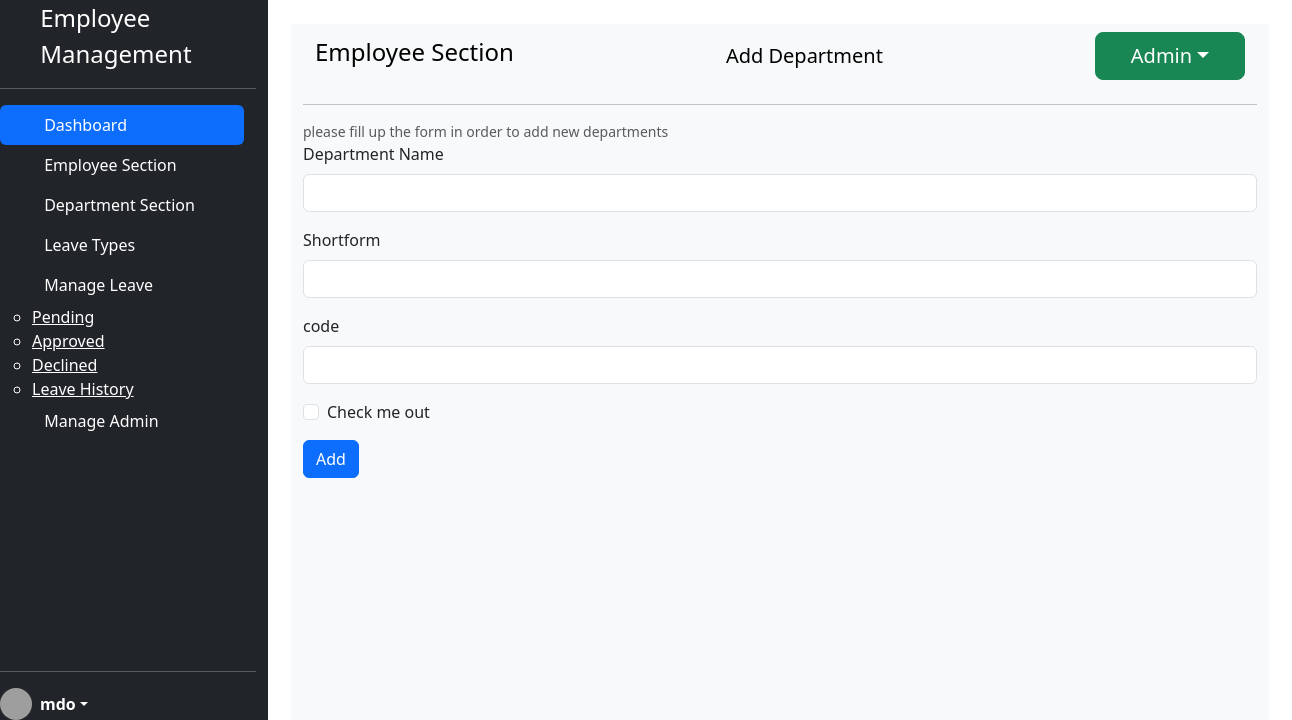
Repository: Ashish4910/Leave-Application-Management
Page: http://localhost/Employee_management/Admin/Add_Departments.jsp
These files come from the project's save history. The page is drawn as it stood at one moment and after the next save; the edit follows.
The browser window is 1280 px wide. The page is 1292 px wide, so the pictures cover 1292 px, including what lies to the right of the window. The pictures show the whole page.
Pictures or frames that could not be fetched are drawn as grey boxes. The page is served by Tomcat 9. Other server files are loaded and not shown.

Above is the page before, as saved 2023-12-04 04:54:04.

### Employee Management Project/Employee_management/src/main/webapp/Admin/Add_Departments.jsp
<!doctype html>
<html lang="en">
<head>
<meta charset="utf-8">
<meta name="viewport" content="width=device-width, initial-scale=1">
<title>Admin Dashboard</title>
<link
	href="https://cdn.jsdelivr.net/npm/bootstrap@5.3.2/dist/css/bootstrap.min.css"
	rel="stylesheet"
	integrity="sha384-T3c6CoIi6uLrA9TneNEoa7RxnatzjcDSCmG1MXxSR1GAsXEV/Dwwykc2MPK8M2HN"
	crossorigin="anonymous">

<style type="text/css">
.full-height-sidebar {
	height: 100vh;
	background-color: #111;
	color: white;
}

.custom-width {
	width: 280px;
}

.btn-wider {
	min-width: 150px; /* Adjust the width as needed */
}
}
</style>
<link rel="stylesheet"
	href="https://cdnjs.cloudflare.com/ajax/libs/font-awesome/6.2.1/css/all.min.css"
	integrity="sha512-MV7K8+y+gLIBoVD59lQIYicR65iaqukzvf/nwasF0nqhPay5w/9lJmVM2hMDcnK1OnMGCdVK+iQrJ7lzPJQd1w=="
	crossorigin="anonymous" referrerpolicy="no-referrer" />
</head>
<body>

	<div class="row">
		<div
			class="d-flex flex-column  text-bg-dark  col-lg-2 full-height-sidebar custom-width ">
			<a href="/"
				class="d-flex align-items-center mb-3 mb-md-0 me-md-auto text-white text-decoration-none">
				<svg class="bi pe-none me-2" width="40" height="32">
				<use xlink:href="#bootstrap"></use></svg> <span class="fs-4">Employee
					Management</span>
			</a>
			<hr>
			<ul class="nav nav-pills flex-column mb-auto container-fluid">
				<li class="nav-item"><a href="Admin_dashboard.jsp"
					class="nav-link active" aria-current="page"> <svg
							class="bi pe-none me-2" width="16" height="16">
						<use xlink:href="#home"></use></svg> Dashboard
				</a></li>
				<li><a href="Employee_Section.jsp" class="nav-link text-white">
						<svg class="bi pe-none me-2" width="16" height="16">
						<use xlink:href="#speedometer2"></use></svg> Employee Section
				</a></li>
				<li><a href="Departments.jsp" class="nav-link text-white">
						<svg class="bi pe-none me-2" width="16" height="16">
						<use xlink:href="#table"></use></svg> Department Section
				</a></li>
				<li><a href="Leave_type.jsp" class="nav-link text-white"> <svg
							class="bi pe-none me-2" width="16" height="16">
						<use xlink:href="#grid"></use></svg> Leave Types
				</a></li>


				<a href="Add_Departments.jsp" class="nav-link text-white"
					data-bs-toggle="dropdown" aria-expanded="false"> <svg
						class="bi pe-none me-2" width="16" height="16">
						<use xlink:href="#grid"></use></svg> Manage Leave
			</a>

				<ul class="">
					<li><a class="text-white" href="#">Pending</a></li>
					<li><a class="text-white" href="#">Approved</a></li>
					<li><a class="text-white" href="#">Declined</a></li>
					<li><a class="text-white" href="#">Leave History</a></li>

				</ul>


				</li>

				<li><a href="Manage_Admin.jsp" class="nav-link text-white">
						<svg class="bi pe-none me-2" width="16" height="16">
						<use xlink:href="#people-circle"></use></svg> Manage Admin
				</a></li>
			</ul>
			<hr>
			<div class="dropdown">
				<a href="#"
					class="d-flex align-items-center text-white text-decoration-none dropdown-toggle"
					data-bs-toggle="dropdown" aria-expanded="false"> <img
					src="https://github.com/mdo.png" alt="" width="32" height="32"
					class="rounded-circle me-2"> <strong>mdo</strong>
				</a>
				<ul class="dropdown-menu dropdown-menu-dark text-small shadow">
					<li><a class="dropdown-item" href="#">New project...</a></li>
					<li><a class="dropdown-item" href="#">Settings</a></li>
					<li><a class="dropdown-item" href="#">Profile</a></li>
					<li><hr class="dropdown-divider"></li>
					<li><a class="dropdown-item" href="#">Sign out</a></li>
				</ul>
			</div>
		</div>




		<!-- ==================================== Second Div Start ===================== -->
		<div class="container col-lg-9 bg-light mt-4">

			<div class="card-body">
				<nav class="navbar navbar-light bg-light">
					<div class="container-fluid">
						<a class="navbar-brand" href="#"><h4>Employee Section</h4></a> <a
							class="navbar-brand" href="#">Add Department</a>
						<!-- <button type="button" class="btn btn-primary"
							style="hight: 200px; width: 200px">Admin</button>  -->



						<div class="dropdown nav-item ">
							<a class="btn btn-success dropdown-toggle btn-lg  btn-wider "
								href="#" role="button" data-bs-toggle="dropdown"
								aria-expanded="false">Admin</a>
							<ul class="dropdown-menu">
								<li><a class="dropdown-item" href="#">Log-Out</a></li>
							</ul>
						</div>
					</div>
				</nav>
			</div>

			<hr>
			<form action="../Departments" method="Post">
				<div class="mb-3">
					<div id="emailHelp" class="form-text">please fill up the form
						in order to add new departments</div>
					<label for="department_name" class="form-label">Department
						Name </label> <input type="text" class="form-control"
						aria-describedby="departmenmtHelp" name="department_name" required>

				</div>
				<div class="mb-3">
					<label for="Shortform" class="form-label">Shortform</label> <input
						type="test" class="form-control" name="shortform" required>
				</div>
				<div class="mb-3">
					<label for="code" class="form-label">code</label> <input
						type="text" class="form-control" name="code" required>
				</div>
				<div class="mb-3 form-check">
					<input type="checkbox" class="form-check-input"> <label
						class="form-check-label" for="exampleCheck1">Check me out</label>
				</div>
				<button type="submit" class="btn btn-primary">Add</button>
			</form>



			<!-- 	========================second div end ========================= -->
		</div>








		<script
			src="https://cdn.jsdelivr.net/npm/bootstrap@5.3.2/dist/js/bootstrap.bundle.min.js"
			integrity="sha384-C6RzsynM9kWDrMNeT87bh95OGNyZPhcTNXj1NW7RuBCsyN/o0jlpcV8Qyq46cDfL"
			crossorigin="anonymous"></script>
</body>
</html>

After the next save:
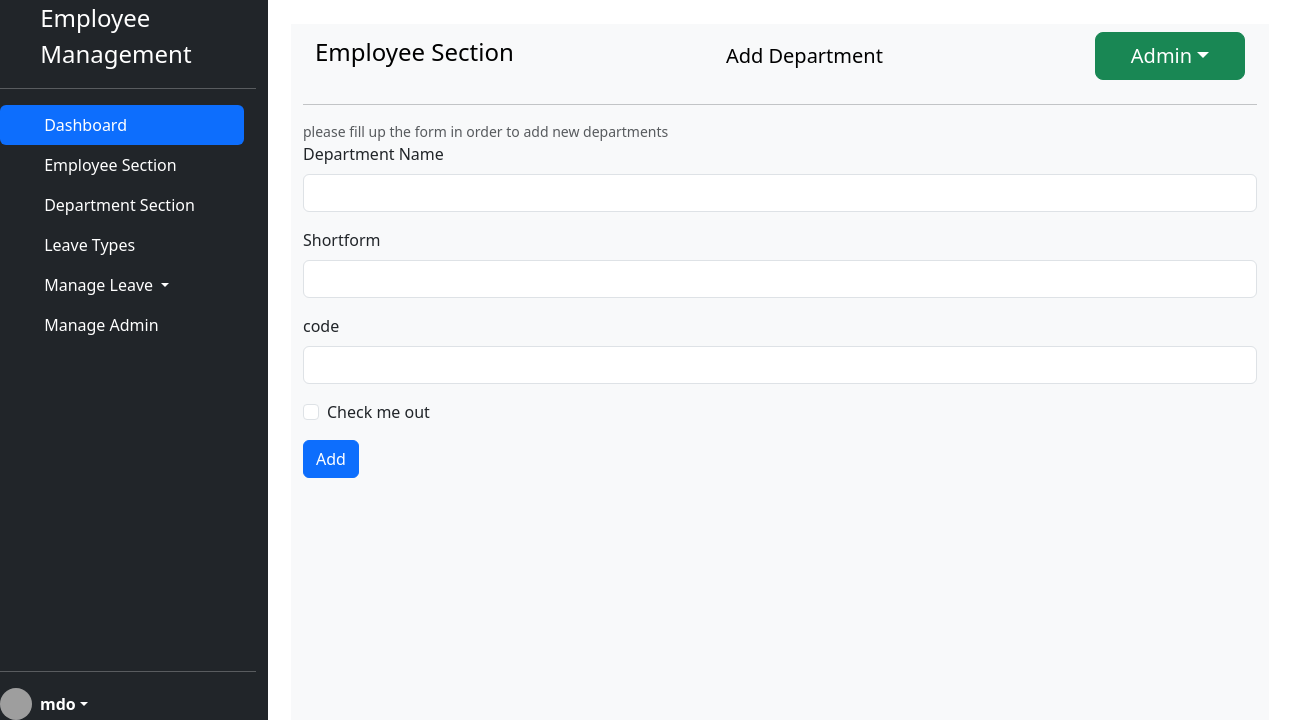
Saved 74 s later.
--- a/Employee Management Project/Employee_management/src/main/webapp/Admin/Add_Departments.jsp
+++ b/Employee Management Project/Employee_management/src/main/webapp/Admin/Add_Departments.jsp
@@ -63,22 +63,21 @@
 				</a></li>
 
 
-				<a href="Add_Departments.jsp" class="nav-link text-white"
+				<li class="nav-item dropdown"><a href="Add_Departments.jsp"
+					class="nav-link text-white dropdown-toggle"
 					data-bs-toggle="dropdown" aria-expanded="false"> <svg
-						class="bi pe-none me-2" width="16" height="16">
-						<use xlink:href="#grid"></use></svg> Manage Leave
-			</a>
+							class="bi pe-none me-2" width="16" height="16">
+            <use xlink:href="#grid"></use>
+        </svg> Manage Leave
+				</a>
 
-				<ul class="">
-					<li><a class="text-white" href="#">Pending</a></li>
-					<li><a class="text-white" href="#">Approved</a></li>
-					<li><a class="text-white" href="#">Declined</a></li>
-					<li><a class="text-white" href="#">Leave History</a></li>
-
-				</ul>
-
-
-				</li>
+					<ul class="dropdown-menu">
+						<li><a class="dropdown-item text-white" href="#">Pending</a></li>
+						<li><a class="dropdown-item text-white" href="#">Approved</a></li>
+						<li><a class="dropdown-item text-white" href="#">Declined</a></li>
+						<li><a class="dropdown-item text-white" href="#">Leave
+								History</a></li>
+					</ul></li>
 
 				<li><a href="Manage_Admin.jsp" class="nav-link text-white">
 						<svg class="bi pe-none me-2" width="16" height="16">
